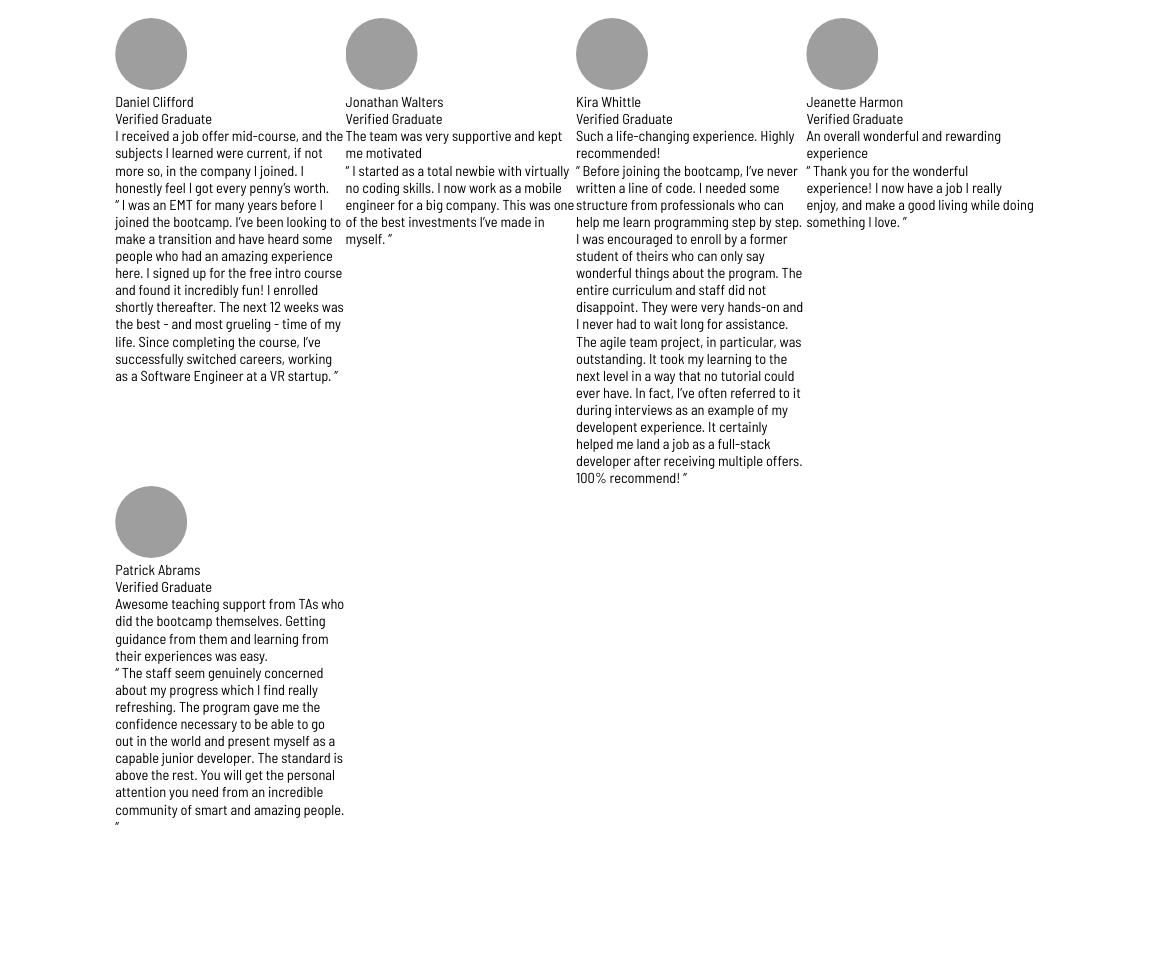
Repository: nptg3105/lab02-testimonials-grid
Page: index.html
The author's editor kept a copy of each file at every save. The page is drawn from the files as they stood at one save, then again after the next save.
The browser window is 1280 px wide. The pictures show the whole page, at 90% of full size.
Pictures or frames that could not be fetched are drawn as grey boxes. The style sheet was rebuilt from its Sass, Less or Tailwind sources for each picture, by a compiler version that may differ from the author's.

Above is the page before, as saved 2021-12-08 05:22:58.

After the next save:
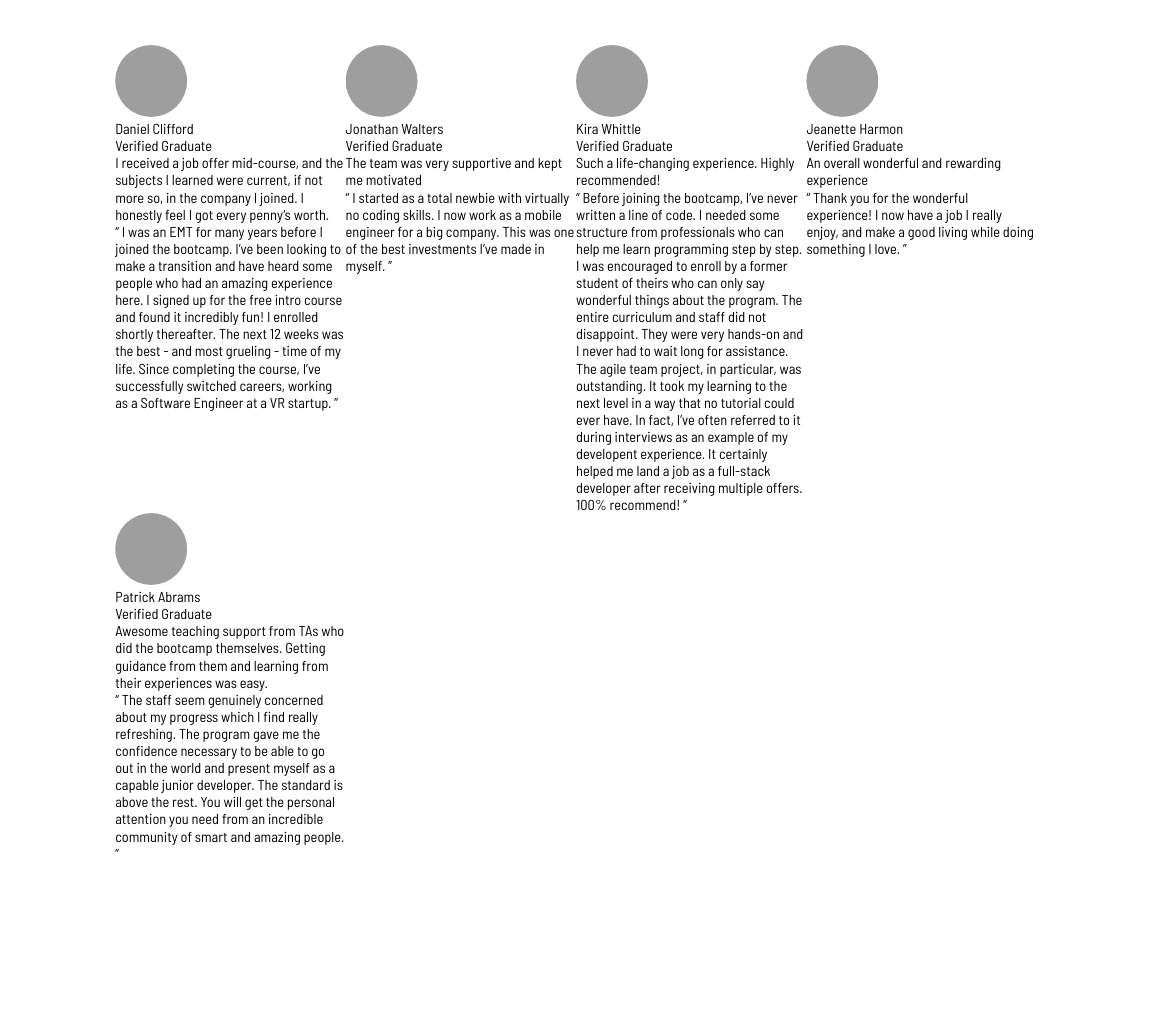
Saved 16 s later.
--- a/style.scss
+++ b/style.scss
@@ -9,7 +9,7 @@ sans-serif;
 
 .container {
     max-width: 1024px;
-    margin: 20px auto;
+    margin: 50px auto;
 }
 
 .testimonials {
